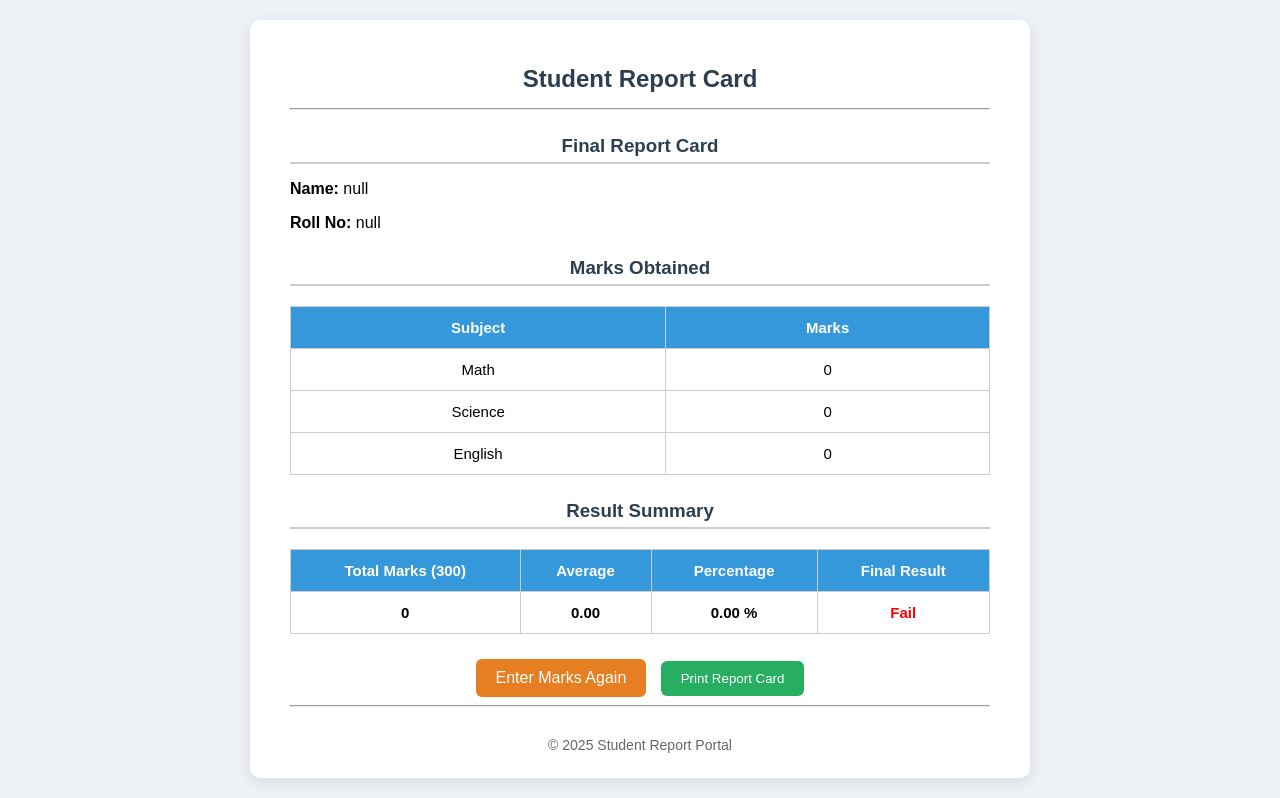
Repository: ashwinii19/Core-Java-Learning
Page: http://localhost/24-JSP/profile.jsp
An editor plug-in stored every save of this project. The page is shown before and after the next save, followed by the edit.
The browser window is 1280 px wide. The pictures show the whole page.
The page is served by Tomcat 9.

Above is the page before, as saved 2025-08-20 03:44:26.

After the next save:
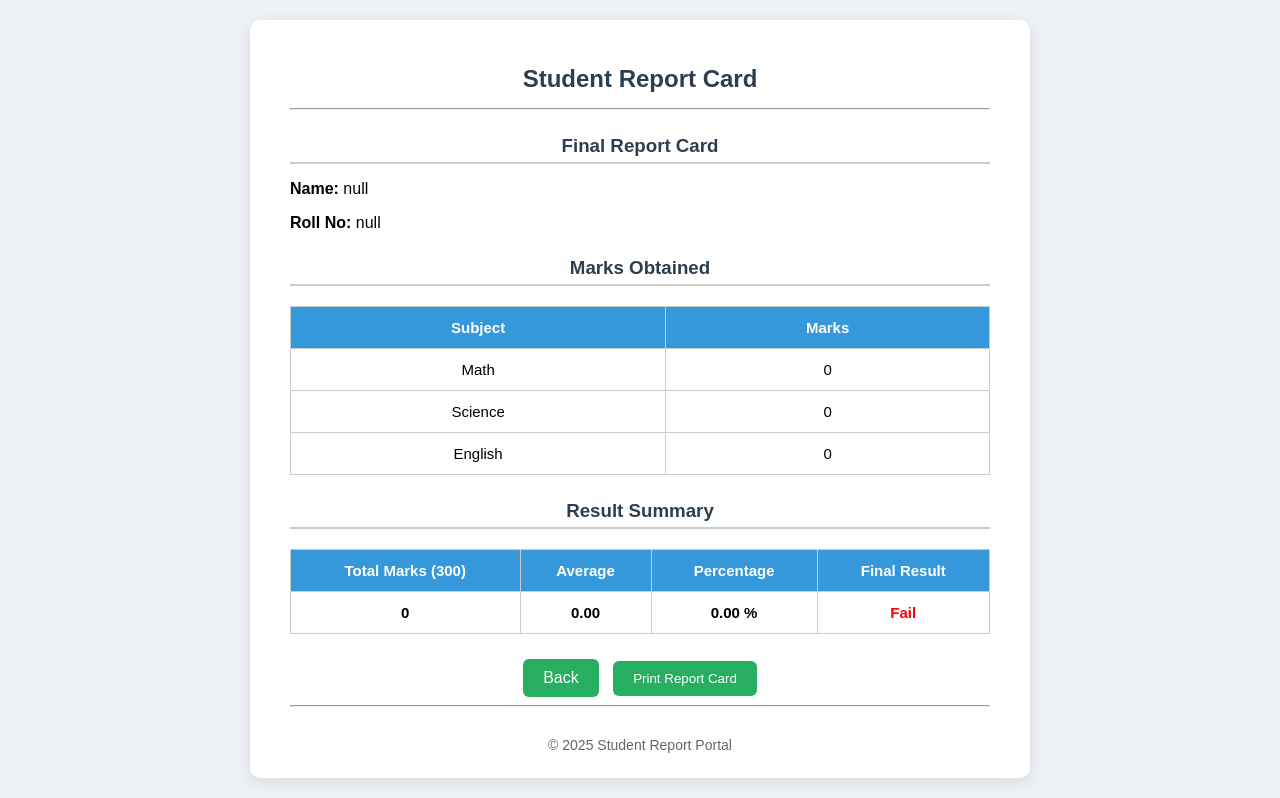
Saved 2 min 32 s later.
--- a/24-JSP/src/main/webapp/result.jsp
+++ b/24-JSP/src/main/webapp/result.jsp
@@ -25,16 +25,8 @@
         String result;
         if (math < 35 || science < 35 || english < 35) {
             result = "Fail";
-        } else if (avg >= 90) {
-            result = "A+";
-        } else if (avg >= 80) {
-            result = "A";
-        } else if (avg >= 70) {
-            result = "B";
-        } else if (avg >= 60) {
-            result = "C";
         } else {
-            result = "Fail";
+            result = "Pass";
         }
     %>
 
@@ -76,12 +68,12 @@
     <div style="text-align:center; margin-top:25px;">
         <!-- Back Button -->
         <form action="index.jsp" method="get" style="display:inline;">
-            <input type="submit" value="Enter Marks Again"
-                   style="background:#e67e22; color:white; border:none; padding:10px 20px; border-radius:6px; cursor:pointer;">
+            <input type="submit" value="Back"
+                   style="background:#27ae60; color:white; border:none; padding:10px 20px; border-radius:6px; cursor:pointer;">
         </form>
 
         <!-- Print Button -->
-        <button
+        <button onclick=""
                 style="background:#27ae60; color:white; border:none; padding:10px 20px; border-radius:6px; cursor:pointer; margin-left:10px;">
             Print Report Card
         </button>
